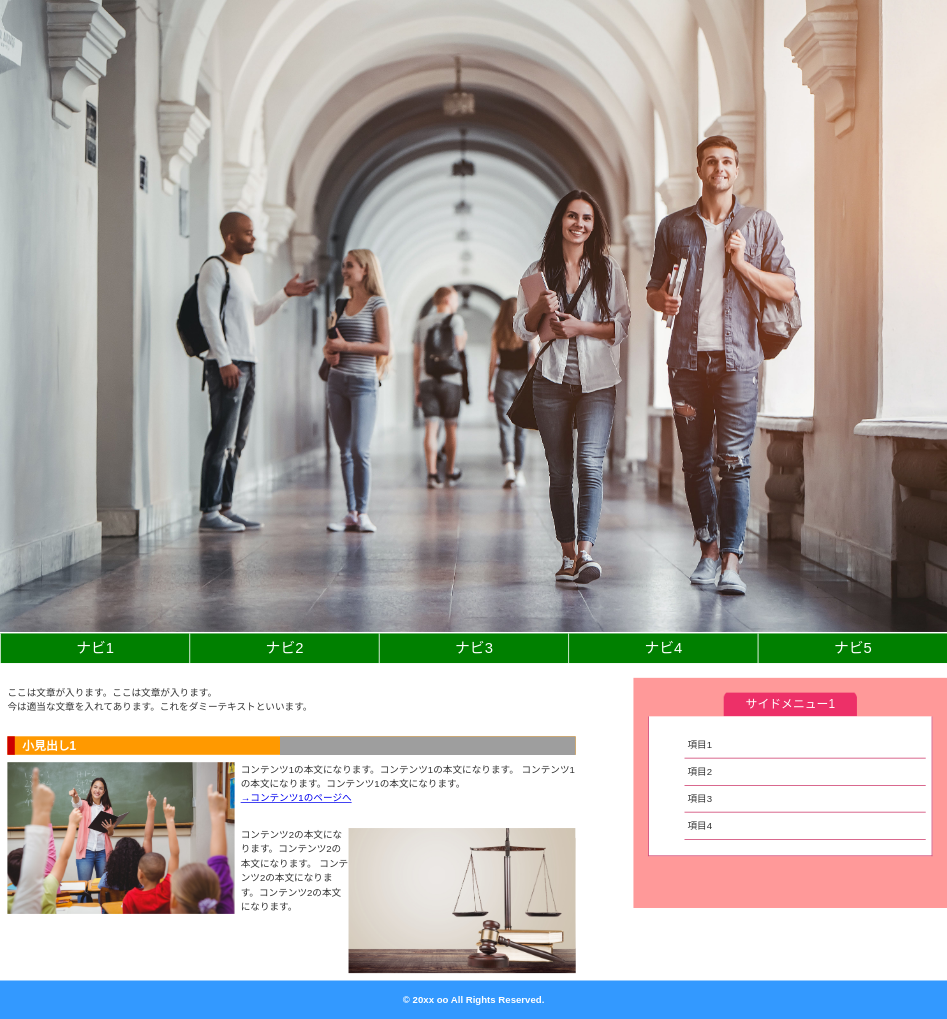
Repository: ootsukam/samurai_HTML-CSS
Page: home.html
The author's editor kept a record of every edit. The page is drawn from the files as they stood at one moment, then again after the next edit.
The browser window is 1280 px wide. The pictures show the whole page, at 74% of full size.
Pictures or frames that could not be fetched are drawn as grey boxes.

Above is the page before.

### home.html
<!DOCTYPE html>
<html lang="ja">
 <head>
    <meta charset="UTF-8">
    <title>HTML/CSSの学習</title>
    <link rel="stylesheet" href="stylesheet.css">
 </head>
 <body>
    <div id="header">
     <h1><a href="index.html"><img id="corridor" src="images/corridor.jpg" alt="大学の廊下" /></a></h1>
    </div>
    <div id="wraapper">
       <div id="nav">
        <ul>
         <li><a href="home.html">ナビ1</a></li>
         <li><a href="#">ナビ2</a></li>
         <li><a href="#">ナビ3</a></li>
         <li><a href="#">ナビ4</a></li>
         <li><a href="#">ナビ5</a></li>
        </ul>
       </div>
         <div id="container">
          <div id="main">
            <div class="post">
             <p>ここは文章が入ります。ここは文章が入ります。<br />今は適当な文章を入れてあります。これをダミーテキストといいます。</p>
          </div>
          <div class="post clearfix">
           <h2>小見出し1</h2>
           <img class="left" src="images/classroom.jpg" alt="授業風景" />
           <p>
            コンテンツ1の本文になります。コンテンツ1の本文になります。
            コンテンツ1の本文になります。コンテンツ1の本文になります。
            </p>
            <p><a href="#">→コンテンツ1のページへ</a></p>
          </div>
          <div class="post clearfix">
           <h2小見出し2</h2>
            <img class="right" src="images/scale.jpg" alt="天秤" />
            <p>
             コンテンツ2の本文になります。コンテンツ2の本文になります。
             コンテンツ2の本文になります。コンテンツ2の本文になります。
            </p>
         　　 </div>
           </div>
          </div>
           <div id="side">
            <div class="box">
             <h2>サイドメニュー1</h2>
             <div class="boxBody">
              <ul>
                <li>項目1</li>
                <li>項目2</li>
                <li>項目3</li>
                <li>項目4</li>
              </ul>
             </div>
            </div>
           </div>
    </div>
    <div id="footer">
     <p>&copy; 20xx oo All Rights Reserved.</p>
    </div>
 </body>
</html>

### stylesheet.css
@charset "utf-8";

body {
    margin: 0;
    padding: 0;
    font-family: "ヒラギノ角ゴ　Pro W3", "Hiragino Kaku Gothic Pro", "メイリオ", Meiryo, Osaka, "MS Pゴジッグ", "MS PGothic",sans-serif;
    color: #333;
    font-size: 13px;
    line-height: 150%;
}


#wrapper {
    width: 100%;
    margin: auto;
    padding: 0px;
    border: 0px;
    background-color: #FFF;
    top: 10px;
    position: relative;
}

/* ---------- header ----------*/
#header {
    width: 100%;
}
#header h1 {
    margin: 0%;
    padding: 0%;
}

#corridor {
    width: 100%;
    height: auto;
}

/* ---------- footer ----------*/
#footer {
    clear: both;
    width: 100%;
    padding: 3px 0 3px 0;
    background: #39F;
    color: #FFF;
    font-weight: bold;
    text-align: center;
}

/* -------------------- nav -------------------- */
#nav {
	width: 100%;
}
#nav ul {
    display: flex;
	margin: 0;
	padding: 0;
	list-style-type: none;
}
#nav ul li {
	width: 20%;
	text-align: center;
}
#nav ul li a {
	display: block;
	border-left: 1px solid white;
	height: 20px;
	margin: 0;
	padding: 10px;
	color: #FFF;
	font-size: 20px;
	text-decoration: none;
	background-color: green;
}

#nav ul li a:hover {
     filter: drop-shadow(10px 10px 10px black);
}

/* ---------- container ----------*/
#container {
    width: 100%;
    margin: auto;
    padding: auto;
    padding-top: 20px;
    clear: both;
}
/* ----------main ----------*/
#main {
    float: left;
    width: 60%;
    padding: 10px 30px 10px 10px;
}
#main h2 {
    margin: 0 0 10px 0;
    padding: 3px 10px 3px 10px;
    color: #FFF;
    font-size: 16px;
    border-left: solid 10px #C00;
    background: #F90 url(../images/main_h2.jpg) right top repeat-y;
}
#main p {
    margin: 0;
    padding: 0;
}
#main .post {
    margin: 0 0 30px 0;
}
#main .post img-right {
    margin: 0 0 0 8px;
}
#main .post img.left {
    margin: 0 8px 0 0;
}

.right {
    float: right;
    width: 40%;
    height: auto;
}
.left {
    float: left;
    width: 40%;
    height: auto;
}

/* ---------- clearfix ----------*/
.clearfix {
    zoom: 1;
}
.clearfix:after{
    content: "";
    dixplay: block;
    clear: both;
}

/* ---------- side ----------*/
#side {
    float: right;
    width: 30%;
    padding: 20px;
    background-color: #F99;
}
#side .box {
    margin: 0 auto 30px auto;
    padding: 0 0 20px 0;
    background: url(images/side_box.png) botoom no-repeat;
}
#side .box h2 {
    margin: 0;
    padding: 8px;
    text-align: center;
    color: #fff;
    font-size: 16px;
    line-height: 16px;
    font-weight: normal;
    background: url(images/side_box_h2.png)center no-repeat;
}
#side .box .boxBody {
    padding: 8px;
    border-right: solid 1px #C36;
    border-bottom: solid 1px #C36;
    border-left: solid 1px #C36;
    background:#fff;
}
#side .box .boxBody ul li {
    padding: 8px 0 8px 4px;
    list-style: none;
    border-bottom: solid 1px #C36;
}
#side .box .boxBody ul li:hover {
    padding: 8px 0 8px 4px;
    list-style: none;
    border-bottom: solid 1px #C36;
    box-shadow: 0px 4px 4px rgba(0, 0, 0, 0.3)
}

After the next edit:
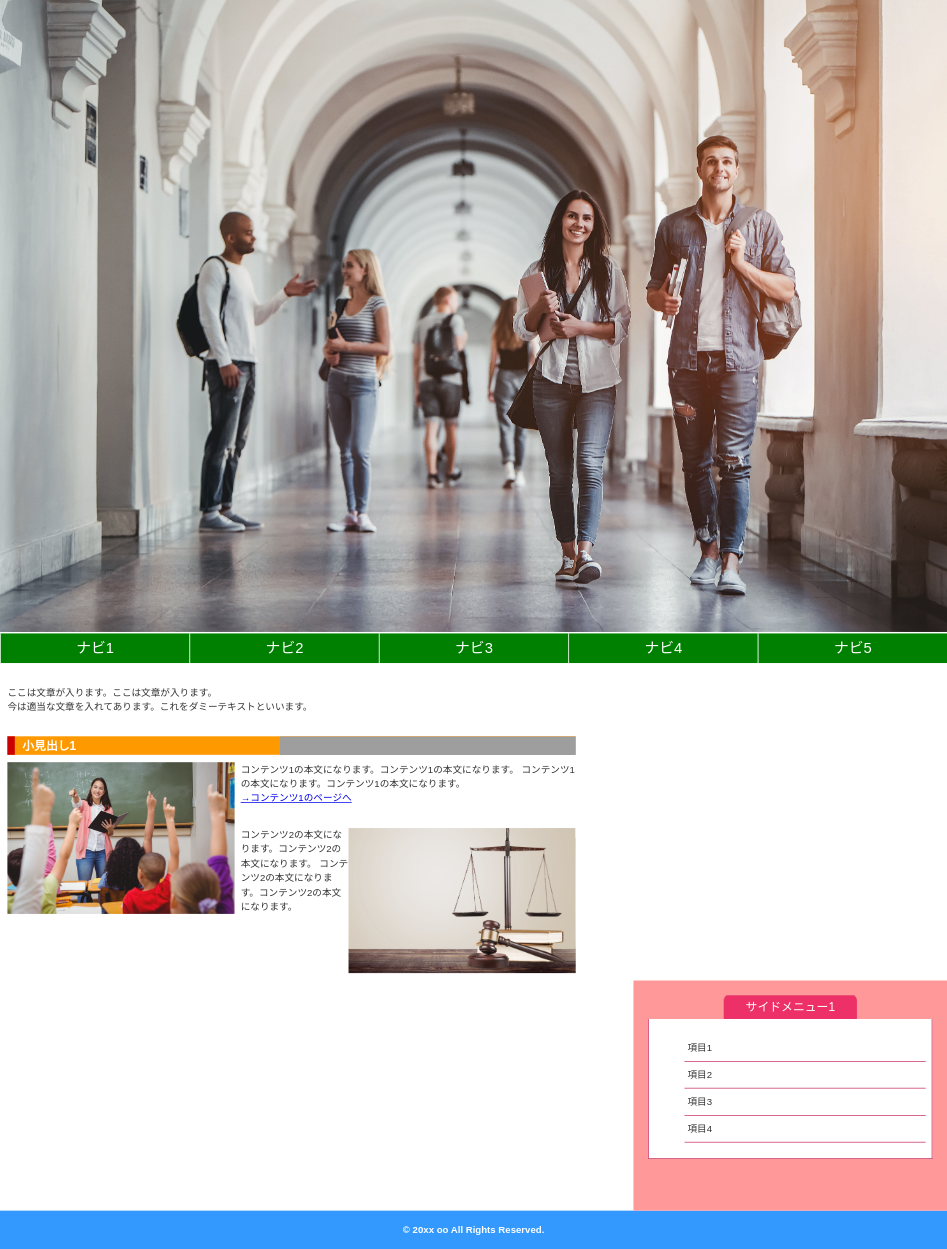
The edit:
--- a/stylesheet.css
+++ b/stylesheet.css
@@ -82,6 +82,8 @@
     padding: auto;
     padding-top: 20px;
     clear: both;
+    display: grid;
+    grid-template-coloumns: 70vw 30vw
 }
 /* ----------main ----------*/
 #main {
